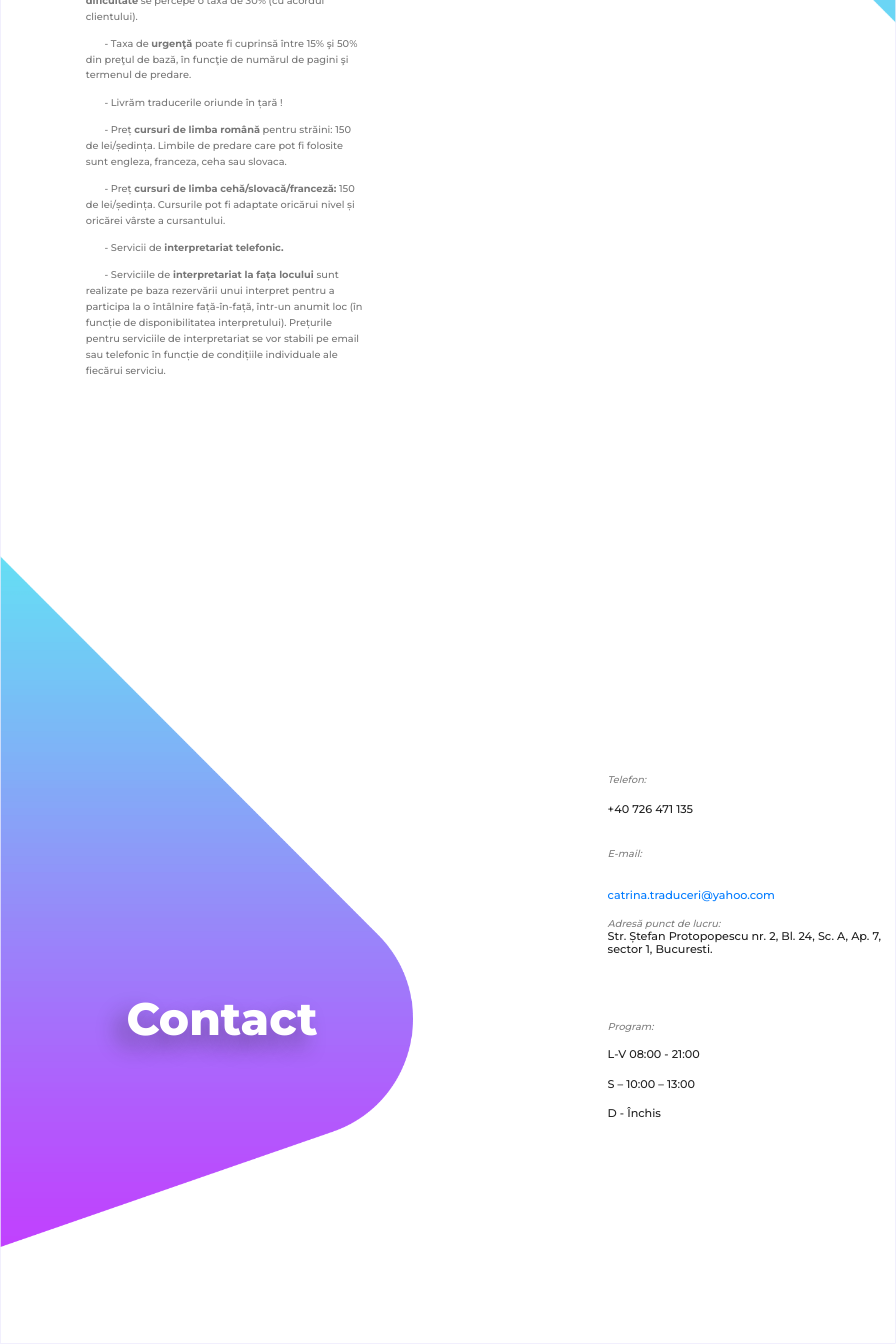
Repository: roscaImarius/site_traduceri
Page: index.html
An editor plug-in stored every save of this project. The page is shown before and after the next save, followed by the edit.
The browser window is 1280 px wide. The pictures show the part of the page from y = 4490 to 6410 px (the page is 6410 px tall), at 70% of full size.

Above is the page before, as saved 2022-03-22 03:50:59.

### index.html
<!DOCTYPE html>
<html lang="en" class="no-js">
  <head>
    <meta
      name="viewport"
      content="width=device-width, initial-scale=1, shrink-to-fit=no"
    />
    <meta name="author" content="CodePixar" />
    <meta name="description" content="" />
    <meta name="keywords" content="" />
    <meta charset="UTF-8" />

    <title>Traduceri</title>
     <link rel="shortcut icon" href="img/favicon.png">
    <link
      href="https://fonts.googleapis.com/css?family=Montserrat:500,600,700,800,900"
      rel="stylesheet"
    />
    <link
      href="https://fonts.googleapis.com/css?family=Open+Sans:400,600"
      rel="stylesheet"
    />
    <!-- ===========================================
		CSS Files
    ============================================= -->
    <link rel="stylesheet" href="css/font-awesome.min.css" />
    <link rel="stylesheet" href="css/bootstrap.css" />
    <link rel="stylesheet" href="css/main.css" />
  </head>

  <body class="version5" id="top">
    <div class="se-pre-con"></div>

    <!--================ Start Banner Area =================-->
    <section class="home-area" id="home">
      <div class="banner-area relative">
        <div class="container-fluid">
          <div class="row justify-content-center height align-items-center">
            <div class="col-lg-5 col-md-6 col-sm-12">
              <div class="banner-img">
                <img class="img-fluid" src="img/logo.svg" alt="" />
              </div>
            </div>
            <div class="col-lg-5 col-md-6 col-sm-12">
              <div class="banner-content text-right">
                <!-- <h4 class="mb-30 hello text-uppercase text-white">
                  Salut, noi suntem
                </h4> -->
                <h1 class="name">Catrina Traduceri</h1>
                <p class="mt-5 h6 pHome dark">
                  Ne numărăm printre foarte puținii traducători autorizați de
                  Ministerul Justiției din România pentru traduceri din limbile
                  slave, de nisă: cehă, slovacă și ucraineană.
                </p>
              </div>
            </div>
          </div>
        </div>
      </div>
    </section>
    <!--================Header Menu Area =================-->
    <header class="header_area" id="header5">
      <div class="main_menu">
        <nav class="navbar navbar-expand-lg">
          <div class="container-fluid">
            <!-- Brand and toggle get grouped for better mobile display -->
            <a class="navbar-brand logo_h" href="index.html"
              ><img class="logoo" src="img/logo.png" alt=""
            /></a>
            <button
              class="navbar-toggler"
              type="button"
              data-toggle="collapse"
              data-target="#navbarSupportedContent"
              aria-controls="navbarSupportedContent"
              aria-expanded="false"
              aria-label="Toggle navigation"
            >
              <i class="fas fa-bars"></i>
            </button>
            <!-- Collect the nav links, forms, and other content for toggling -->
            <div
              class="collapse navbar-collapse offset"
              id="navbarSupportedContent"
            >
              <ul class="nav navbar-nav menu_nav ml-auto nav5">
                <li class="nav-item active5">
                  <a class="nav-link" href="#home" >Acasă</a>
                </li>
                <li class="nav-item">
                  <a class="nav-link" href="#about" >Despre</a>
                </li>
                <li class="nav-item">
                  <a class="nav-link" href="#educatie"  >Referințe</a>
                </li>
                <li class="nav-item">
                  <a class="nav-link" href="#portfolio" >Prețuri</a>
                </li>
                <li class="nav-item" >
                  <a class="nav-link" href="#contact" >Contact</a>
                </li>
              </ul>

              <!-- SOCIAL MEDIA -->
              <ul class="nav navbar-nav social-icons">
                <li class="nav-item">
                  <a href="https://www.facebook.com/catrina.traduceri">
                    <i class="fab fa-facebook-f"></i>
                  </a>
                </li>
                <li class="nav-item">
                  <a
                    href="https://www.linkedin.com/in/ionut-catrina-405244178/"
                  >
                    <i class="fab fa-linkedin"></i>
                  </a>
                </li>

              </ul>
            </div>
          </div>
        </nav>
      </div>
    </header>

    <!--================ Start About Area =================-->
    <section class="about-area section-gap-top-5 relative" id="about">
      <div class="container-fluid">
        <div class="row row-reverse">
             <div class="megafon"></div>
          <div class="offset-lg-2 col-lg-4 col-md-12">
            <h2 class="heading mb-40">Lucrați cu profesioniști!</h2>
            <p>
              Întreprindere de familie cu capital 100% românesc si cu o
              experiență de peste
              <span style="font-weight: bold">13 ani</span> în domeniul
              traducerilor, activăm cu pasiune, profesionalism și
              responsabilitate și vă oferim traduceri
              <span style="font-weight: bold"> autorizate și legalizate</span>
              în principal din limbi
              <span style="font-weight: bold">slave</span>: cehă, slovacă și
              ucraineană, dar și din cele mai importante limbi de circulație
              internațională: engleza și franceza. <br />
            </p>
            <p>
              Suntem absolvenți ai uneia dintre cele mai bune facultăți a
              Universității din București,<span style="font-weight: bold">
                Facultatea de Limbi și Literaturi străine</span
              >, filologi specializați în domeniul traducerilor ca urmare a
              absolvirii Masteratului de Studii Culturale Slave și Traductologie
              și a numeroase burse de specializare în țările din a căror limbă
              traducem. <br/>
            </p>
              <p>
               Avem o colaborare de lungă durată, bazată pe
               <span style="font-weight: bold">
                profesionalism și seriozitate</span>, cu Birouri Notariale, Instanțe judecătorești, organe de
              urmărire penală, avocați.
              </p>
              <p>

                   Nu ezitați să ne contactați pentru o
                 cotație de preț pentru traduceri autorizate și legalizate din
                 aceste limbi. Lucrând în familie și între prieteni, vă putem
                 garanta prețuri corecte, care ajung într-o proporție echitabilă la
                 traducătorul care le realizează și care are cea mai importantă
                 contribuție la documentul final.
              </p>

            <p>
              Oferim și: <br />
              <span style="font-weight: bold">-cursuri de limbă română</span>
              pentru străini, <br />
              <span style="font-weight: bold"
                >-cursuri de limbă cehă sau limba slovacă</span
              >
              pentru orice nivel de limbă. <br />
            </p>
            <p>
              Ne putem adapta nevoilor Dvs. și vă putem ajuta cu
              <span style="font-weight: bold">training-uri</span> de limbă cehă
              sau slovacă pentru anumite domenii sau specializări.
            </p>
          </div>

          <div class="col-lg-6 p-0 col-md-12">
            <div class="right-side">
              <h2 class="text-white right-heading">Despre</h2>
            </div>
          </div>
        </div>
      </div>
    </section>

    <!--================ Start Experience Area =================-->
    <section class="experience-area relative" id="educatie">
      <div class="container-fluid">
        <div class="row">
          <div class="col-lg-6 p-0 col-md-12">
            <div class="left-side">
              <h2 class="text-white indented cv left-heading">Referințe</h2>
            </div>
          </div>

          <div class="xpDiv col-lg-4 md-mr col-md-12">
            <h2 class="heading mb-80">Clienții noștri</h2>
            <div class="resume-content">
                 <div class="referinteDrawing"></div>
              <div class="work-exp mb-50">
                  <p>Avem o colaborare de lungă durată, bazată pe
                     profesionalism cu:
                  </p>
                  <p> - Birouri Notariale     </p>
                  <p>- Tribunale</p>
                  <p> - Poliția Română</p>
                  <p>- Numeroase birouri de traduceri și firme din toată țara.</p>

                  <!-- În urma absolvirii unui curs specializat, am obținut
                  calificarea de trainer de limba română pentru străini.
                  Experiență în domeniul Proiectelor finanțate din fonduri
                  europene (POSDRU). In perioada 1.7.2010 - 1.11.2013 am ocupat
                  pozitia de Responsabil vizite de studiu – schimb de experiență
                  în cadrul unor proiecte transnaționale (între România și
                  Republica Cehă). -->

              </div>
            </div>
          </div>
        </div>
      </div>
    </section>

    <!--================ Start PRICE Area =================-->
    <section class="price-area section-gap-top-5 relative" id="portfolio">
      <div class="container-fluid">
        <div class="row row-reverse">
          <div class="divFaraPret offset-lg-2 col-lg-4 col-md-12">
               <div class="pretDrawing"></div>
            <h2 class="heading mb-40">Servicii și prețuri</h2>
            <h6 class="mb-4">
              La noi totul este  <span style="font-weight: bold">transparent, clar</span> și pe înțelesul oamenilor! Nu
              doar traducerile și cursurile ci și prețurile!
            </h6>
            <div class="boxPreturi">
              <p>
                Traducere tipizate
                <span style="font-weight: bold">CZ/SK-RO - 45 de lei/pag.</span>
              </p>
              <p>
                Traducere documente obișnuite
                <span style="font-weight: bold">CZ/SK-RO - 50 de lei/pag.</span>
              </p>
              <p>
                Traducere documente juridice/medicale/financiare
                <span style="font-weight: bold">CZ/SK-RO - minim 60 de lei/pag.</span>
              </p>
              <p>
                Retroversiune <span style="font-weight: bold"
                  >RO-CZ/SK - de la 65 de lei.</span
                >
              </p>
              <p><span style="font-weight: bold"
                  >EN/FR - CZ/SK – de la 65 de lei.</span</p>
            </div>
            <div class="preturiInfo">
                 <div class="borderPret">

                      <i><h4 class="mt-5"><b>!!</b></h4></i>
                      <ul style='text-indent: 20pt'>
                         <li>-   Prețurile sunt finale pentru 2000 caractere inclusiv spații/pagină.</li>
                         <li>-  <span> Reducerile</span> sunt negociabile, în funcţie de numărul de pagini şi de data limită, dar nu sunt mai mari de 10% pentru 50 de pagini, 5% pentru 25 de pagini.</li>
                         <li>-Fiecare comandă primeşte cotaţii individuale, în funcţie de solicitările clientului.</li>
                         <li>-  Valoarea minimă a comenzii: 1 pagină.</li>
                      <ul/><br>
                 </div>

                 <div class="servicii">
                         <br/>
                         <div class="serviciih5">

                              <h5 >Servicii</h5>
                         </div>
                         <br>
                         <p>- <span style="font-weight: bold">Corectura:</span>  50% din preturile de mai sus.</p>
                         <p class="">- Oferim <span style="font-weight: bold">servicii de legalizare</span>  la notar public pentru clienţii
                              care doresc traduceri legalizate, taxa percepută pentru acest serviciu fiind de 60 de
                              lei/document (include onorariul notarului).
                         </p>
                         <p>- Pentru traduceri care prezintă un grad ridicat de  <span style="font-weight: bold">dificultate</span>  se percepe
                              o taxă de 30% (cu acordul clientului). </p>
                              <p>- Taxa de <span style="font-weight: bold">urgenţă</span> poate fi cuprinsă între 15% şi 50% din preţul
                              de bază, în funcţie de numărul de pagini şi termenul de predare.
                              </p>
                      <p>

                         - Livrăm traducerile oriunde în țară !
                        </p>
                       <p>- Preț <span style="font-weight: bold">cursuri de limba română</span>  pentru străini: 150 de lei/ședința.
                         Limbile de predare care pot fi folosite sunt engleza, franceza, ceha sau slovaca.
                      </p>
                      <p>- Preț <span style="font-weight: bold">cursuri de limba cehă/slovacă/franceză:</span> 150 de lei/ședința.
                              Cursurile pot fi adaptate oricărui nivel și oricărei vârste a cursantului.
                      </p>
                              <p> - Servicii de <span style="font-weight: bold">interpretariat telefonic.</span>
                              </p>
                         <p> - Serviciile de <span style="font-weight: bold">interpretariat la fața locului </span> sunt realizate pe baza
                                   rezervării unui interpret pentru a participa la o întâlnire față-în-față,
                                   într-un anumit loc (în funcție de disponibilitatea interpretului).
                              Prețurile pentru serviciile de interpretariat se vor stabili pe email sau telefonic
                                   în funcție de condițiile individuale ale fiecărui serviciu.
                         </p>
                         </p>
                 </div>

            </div>
          </div>

          <div class="divPreturi col-lg-6 p-0 col-md-12">
            <div class="right-side">
              <h2 class="text-white right-heading">Prețuri</h2>
            </div>
          </div>
        </div>
      </div>
    </section>

    <!--================ Start CONTACT Area =================-->
    <section class="client-area relative" id="contact">
      <div class="container-fluid">
        <div class="row">
          <div class="col-lg-6 p-0 col-md-12">
            <div class="left-side">
              <h2 class="text-white left-heading">Contact</h2>
            </div>
          </div>

          <div class="contactDiv offset-lg-2 col-lg-4 col-md-12">
           <div class="form-area text-left">
              <h6><i>Telefon:</i></h6>
              <br>
              <h5>+40 726 471 135 <br /></h5>
              <br>
              <br>
            </div>

            <div class="form-area text-left">
              <h6><i>E-mail:</i></h6><br>
              <h5>
                   <br>

                   <a href="mailto:catrina.traduceri@yahoo.com">catrina.traduceri@yahoo.com</a>
              </h5>
              <br>
            </div>

            <div class="form-area adresa text-left">
              <h6><i>Adresă punct de lucru:</i></h6>
              <h5>
              Str. Ștefan Protopopescu nr. 2, Bl. 24, Sc. A, Ap. 7, sector 1, Bucuresti.
              </h5>

              <br>
              <br>
              <br>

              <br>
              <h6><i>Program:</i></h6>
              <br>
              <h5>L-V 08:00 - 21:00 </h5><br>
              <h5>S – 10:00 – 13:00</h5><br>
              <h5>D - Închis</h5>
            </div>





          </div>






        </div>
      </div>
    </section>

    <!--= Start Scroll to Top Area ########## -->
    <div id="back-top">
      <a title="Go to Top" href="#">
        <i class="fas fa-angle-up"></i>
      </a>
    </div>

    <script src="js/vendor/jquery-2.2.4.min.js"></script>
    <script src="js/popper.min.js"></script>
    <script src="js/vendor/bootstrap.min.js"></script>
    <!-- <script src="js/vendor/mail-script.js"></script> -->
    <script src="js/jquery.ajaxchimp.min.js"></script>
    <script src="js/counter-up.js"></script>
    <script src="js/isotope.pkgd.min.js"></script>
    <script src="js/waypoints.min.js"></script>
    <script src="js/main.js"></script>
  </body>
</html>

Loaded but not shown: css/font-awesome.min.css (library); css/bootstrap.css (library); js/vendor/jquery-2.2.4.min.js (library); js/popper.min.js (library); js/vendor/bootstrap.min.js (library); js/jquery.ajaxchimp.min.js (library); js/isotope.pkgd.min.js (library); js/waypoints.min.js (library); js/main.js (92 lines, source omitted); js/counter-up.js (8 lines, source omitted); css/main.css (1620 lines, source omitted)

After the next save:
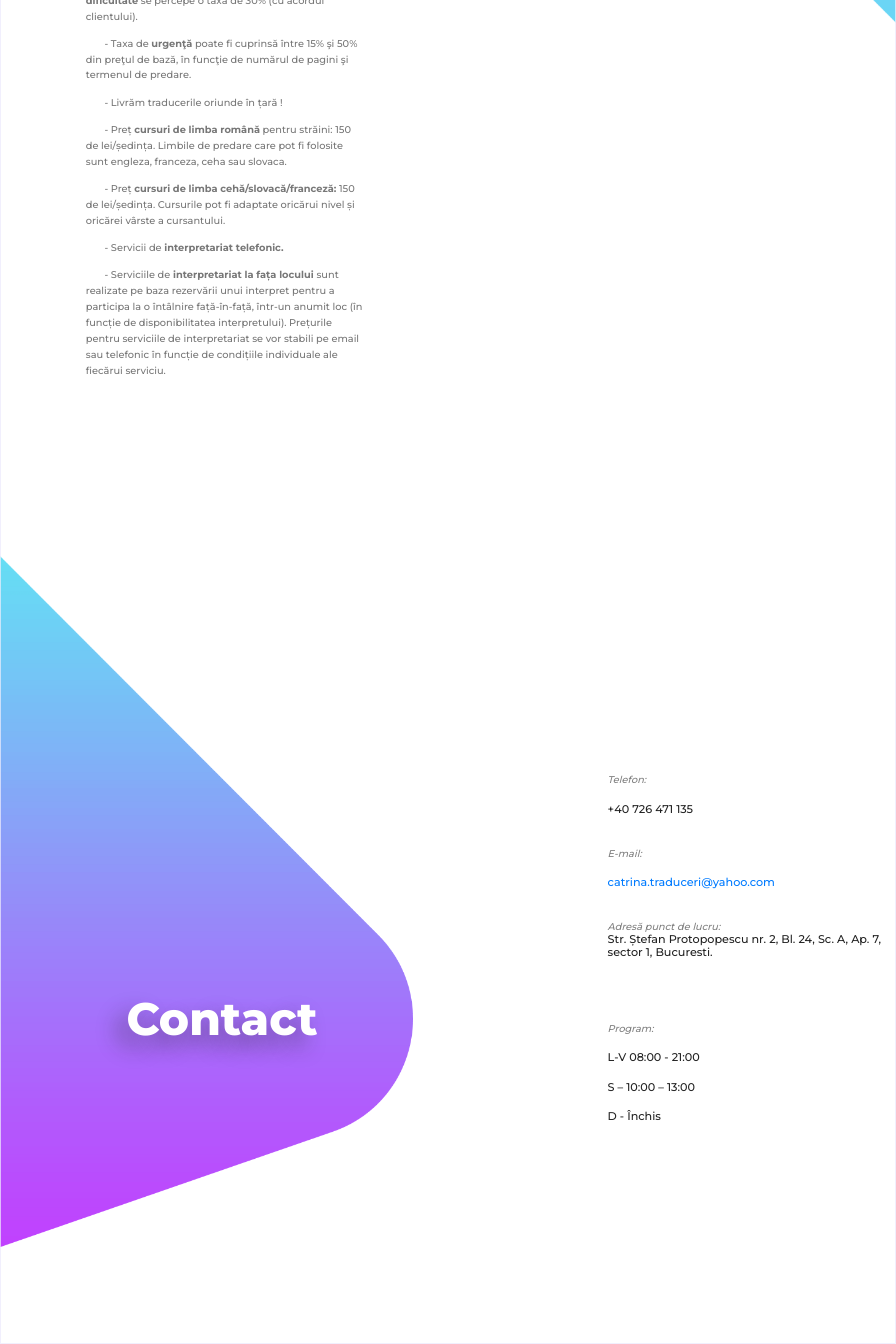
Saved 5 s later.
--- a/index.html
+++ b/index.html
@@ -346,10 +346,10 @@
             <div class="form-area text-left">
               <h6><i>E-mail:</i></h6><br>
               <h5>
-                   <br>
 
                    <a href="mailto:catrina.traduceri@yahoo.com">catrina.traduceri@yahoo.com</a>
-              </h5>
+               </h5>
+               <br>
               <br>
             </div>
 
